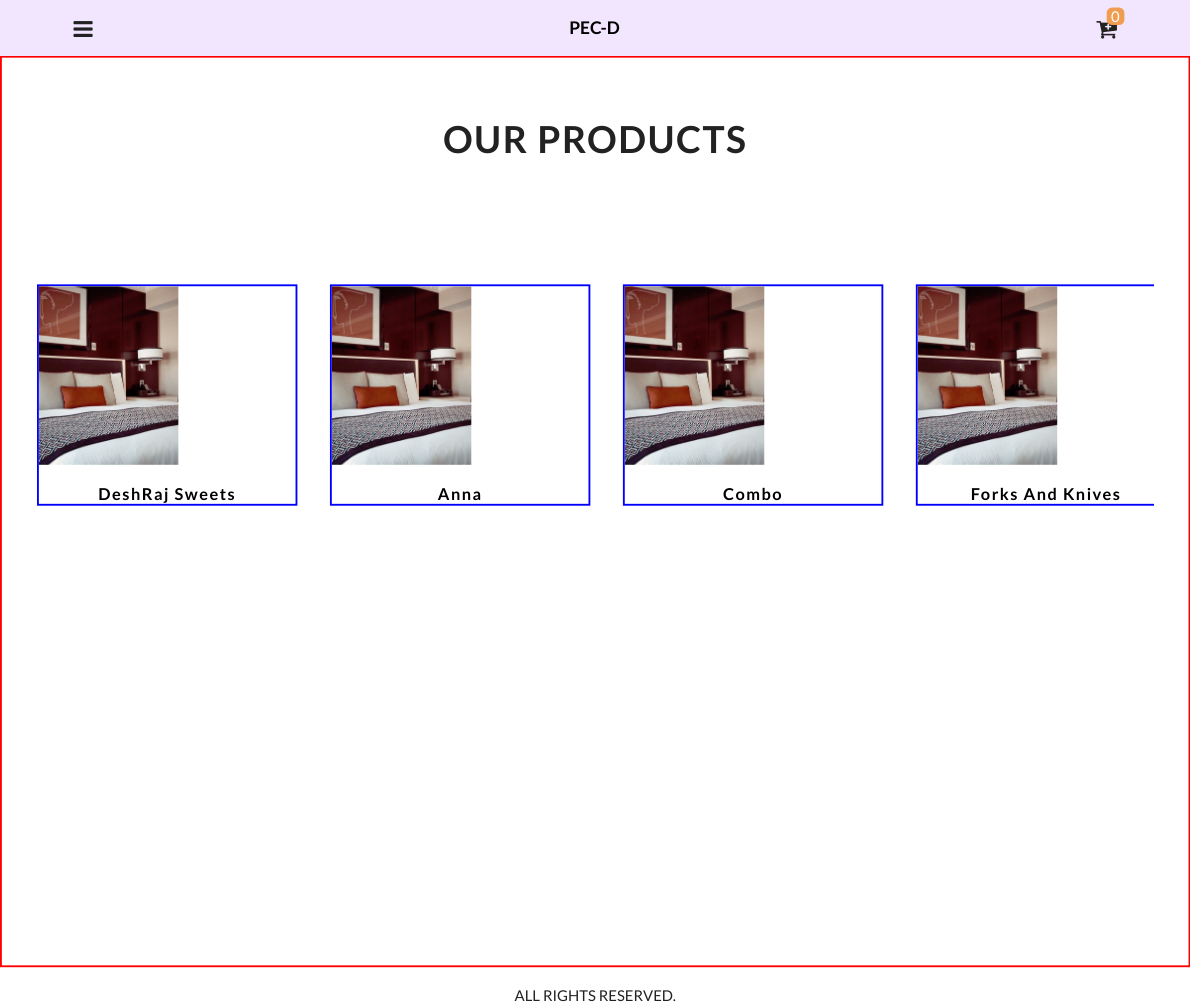
Repository: CHIR4G7/PEC-D
Page: public/index.html
These files come from the project's save history. The page is drawn as it stood at one moment and after the next save; the edit follows.
The browser window is 1280 px wide. The pictures show the whole page, at 93% of full size.

Above is the page before, as saved 2023-07-08 01:44:16.

### public/index.html
<!DOCTYPE html>
<html lang="en">

<head>
    <meta charset="UTF-8">
    <meta http-equiv="X-UA-Compatible" content="IE=edge">
    <meta name="viewport" content="width=device-width, initial-scale=1.0">
    <title>PEC-D</title>
    <link rel="stylesheet" href="https://cdnjs.cloudflare.com/ajax/libs/font-awesome/4.7.0/css/font-awesome.min.css">
    <link rel="stylesheet" href="css/style.css">
</head>

<body>
    <!-- navabr -->
    <nav class="navbar">
        <div class="navbar-center">
            <span class="nav-icon">
                <i class="fa fa-bars"></i>
            </span>
            <!-- <img src="/images/logo.svg" alt="logo" class="sr"> -->
            <h3 class="logo-name">PEC-D</h3>
            <div class="cart-btn">
                <span class="nav-icon">
                    <i class="fa fa-cart-plus"></i>
                </span>
                <div class="cart-items">0</div>
            </div>
        </div>
    </nav>
    <!-- end of navbar -->

    <!-- hero -->
    <!-- <header class="hero">
        <div class="banner">
            <h1 class="banner-title">FURNITURE COLLECTION</h1>
            <button class="banner-btn">SHOW NOW</button>
        </div>
    </header> -->
    <!-- end of hero -->

    <!-- products -->
    <div class="products">
         <div class="section-title">
            <h2>OUR PRODUCTS</h2>
        </div>
        <div class="body1">
            <div class="content">
                <ul class="content-inner">
                    <!-- <li class="card">
                        <article class="product">
                            <div class="img-container">
                                <img src="/images/product-1.jpeg" alt="product" class="product-img">
                                <button class="bag-btn" data-id="1">
                                    <i class="fa fa-shopping-cart"></i>
                                    add to bag.
                                </button>
                            </div>
                            <h3>add name</h3>

                        </article>
                    </li>
                    <li class="card">
                        <article class="product">
                            <div class="img-container">
                                <img src="/images/product-1.jpeg" alt="product" class="product-img">
                                <button class="bag-btn" data-id="1">
                                    <i class="fa fa-shopping-cart"></i>
                                    add to bag.
                                </button>
                            </div>
                            <h3>add name</h3>

                        </article>
                    </li>
                    <li class="card">
                        <article class="product">
                            <div class="img-container">
                                <img src="/images/product-1.jpeg" alt="product" class="product-img">
                                <button class="bag-btn" data-id="1">
                                    <i class="fa fa-shopping-cart"></i>
                                    add to bag.
                                </button>
                            </div>
                            <h3>add name</h3>

                        </article>
                    </li> -->

                </ul>
            </div>
        </div>
        <div class="products-center">
            <!-- single product -->

            <!-- PRODCUT DETIALS -->
            <!-- <article class="product">
                <div class="img-container">
                    <img src="/images/product-1.jpeg" alt="product" class="product-img">
                    <button class="bag-btn" data-id="1">
                        <i class="fa fa-shopping-cart"></i>
                        add to bag.
                    </button>
                </div>
                <h3>add name</h3>

            </article> -->
            <!-- THIS IS END OF PRODUCT DETIALS -->

            <!-- PRODCUT DETIALS -->
            <!-- <article class="product">
                <div class="img-container">
                    <img src="/images/product-8.jpeg" alt="product" class="product-img">
                    <button class="bag-btn" data-id="1">
                        <i class="fa fa-shopping-cart"></i>
                        add to bag.
                    </button>
                </div>
                <h3>TABLE</h3>
                <h4>$11.99</h4>
            </article> -->
            <!-- THIS IS END OF PRODUCT DETIALS -->

            <!-- PRODCUT DETIALS -->
            <!-- <article class="product">
                <div class="img-container">
                    <img src="/images/product-7.jpeg" alt="product" class="product-img">
                    <button class="bag-btn" data-id="1">
                        <i class="fa fa-shopping-cart"></i>
                        add to bag.
                    </button>
                </div>
                <h3>COUCH</h3>
                <h4>$42.99</h4>
            </article> -->
            <!-- THIS IS END OF PRODUCT DETIAL -->

            <!-- PRODCUT DETIALS -->
            <!-- <article class="product">
                <div class="img-container">
                    <img src="/images/product-2.jpeg" alt="product" class="product-img">
                    <button class="bag-btn" data-id="1">
                        <i class="fa fa-shopping-cart"></i>
                        add to bag.
                    </button>
                </div>
                <h3>KING PANEL BED</h3>
                <h4>$12.99</h4>
            </article> -->
            <!-- THIS IS END OF PRODUCT DETIALS -->

            <!-- PRODCUT DETIALS -->
            <!-- <article class="product">
                <div class="img-container">
                    <img src="/images/product-5.jpeg" alt="product" class="product-img">
                    <button class="bag-btn" data-id="1">
                        <i class="fa fa-shopping-cart"></i>
                        add to bag.
                    </button>
                </div>
                <h3>FRIDGE</h3>
                <h4>$34.99</h4>
            </article> -->
            <!-- THIS IS END OF PRODUCT DETIALS -->

            <!-- PRODCUT DETIALS -->
            <!-- <article class="product">
                <div class="img-container">
                    <img src="/images/product-6.jpeg" alt="product" class="product-img">
                    <button class="bag-btn" data-id="1">
                        <i class="fa fa-shopping-cart"></i>
                        add to bag.
                    </button>
                </div>
                <h3>DRESSER</h3>
                <h4>$22.99</h4>
            </article> -->
            <!-- THIS IS END OF PRODUCT DETIALS -->

            <!-- PRODCUT DETIALS -->
            <!-- <article class="product">
                <div class="img-container">
                    <img src="/images/product-3.jpeg" alt="product" class="product-img">
                    <button class="bag-btn" data-id="1">
                        <i class="fa fa-shopping-cart"></i>
                        add to bag.
                    </button>
                </div>
                <h3>TWIN PANEL BED</h3>
                <h4>$17.99</h4>
            </article> -->
            <!-- THIS IS END OF PRODUCT DETIALS -->

            <!-- PRODCUT DETIALS -->
            <!-- <article class="product">
                <div class="img-container">
                    <img src="/images/product-4.jpeg" alt="product" class="product-img">
                    <button class="bag-btn" data-id="1">
                        <i class="fa fa-shopping-cart"></i>
                        add to bag.
                    </button>
                </div>
                <h3>SINGLE PANEL BED</h3>
                <h4>$23.99</h4>
            </article> -->
            <!-- THIS IS END OF PRODUCT DETIALS -->
        </div>
    </div>
    <!-- end of products -->




    <!-- CART BEGINS -->
    <div class="cart-overlay">
        <div class="cart">
            <span class="close-cart">
                <i class="fa fa-window-close"></i>
            </span>
            <h2>YOUR CART</h2>
            <div class="cart-content">
                <!-- cart item -->
                <div class="cart-item">
                    <!-- <img src="/images/product-1.jpeg" alt="product">
                    <div>
                        <h4>QUEEN BED</h4>
                        <h5>$9.00</h5>
                        <span class="remove-item">Remove</span>
                    </div>
                    <div>
                        <i class="fa fa-chevron-up"></i>
                        <p class="item-amount">0</p>
                        <i class="fa fa-chevron-down"></i>
                    </div> -->
                </div>
                <!-- end of cart item -->

            </div>

            <div class="cart-footer">
                <h3>YOUR TOTAL : $ <span class="cart-total"></span></h3>
                <button class="clear-cart banner-btn">CLEAR CART</button>
            </div>

        </div>
    </div>
    <!-- CART ENDS -->
    <!-- FOOOTER -->
    <div class="footer">
        ALL RIGHTS RESERVED.
    </div>
    <!-- END OF THE FOOTER -->

    <script src="src/script.js"></script>
</body>

</html>

### public/css/style.css
@import url("https://fonts.googleapis.com/css?family=Lato:400,700");


/* creating variables */
:root {
    --primaryColor: #f09d51;
    --mainWhite: #fff;
    --mainBlack: #222;
    --mainGrey: #ececec;
    --mainSpacing: 0.1rem;
    --mainTransition: all 0.3s linear;
}

/* resetting elements */
* {
    margin: 0;
    padding: 0;
    box-sizing: border-box;
}


body {
    color: var(--mainBlack);
    background: var(--mainWhite);
    font-family: "Lato", sans-serif;
}


/* navbar */
.navbar {
    position: sticky;
    top: 0;
    height: 60px;
    width: 100%;
    display: flex;
    align-items: center;
    background: #f2e6ff;
    z-index: 1;
}

.logo-name
{
    color: black;
}

.navbar-center {
    width: 100%;
    max-width: 1170px;
    margin: 0 auto;
    display: flex;
    align-items: center;
    justify-content: space-between;
    padding: 0 1.5rem;
}

.nav-icon {
    font-size: 1.5rem;
}

.cart-btn {
    position: relative;
    cursor: pointer;
}

.cart-items {
    position: absolute;
    top: -8px;
    right: -8px;
    background: var(--primaryColor);
    padding: 0 5px;
    border-radius: 30%;
    color: var(--mainWhite);
}

/* hero */
.hero {
    min-height: calc(100vh - 60px);
    background: url("./images/bg-3.jpg") center/cover no-repeat;
    display: flex;
    align-items: center;
    justify-content: center;
  }
  .banner {
    text-align: center;
    background: #f2e6ff;
    display: inline-block;
    padding: 2rem;
  }
  .banner-title {
    font-size: 3.4rem;
    text-transform: uppercase;
    letter-spacing: var(--mainSpacing);
    margin-bottom: 3rem;
  }
  .banner-btn {
    padding: 1rem 3rem;
    text-transform: uppercase;
    letter-spacing: var(--mainSpacing);
    font-size: 1rem;
    background: #9999FF;
    color: var(--mainBlack);
    border: 1px solid var(--primaryColor);
    transition: var(--mainTransition);
    cursor: pointer;
  }
  .banner-btn:hover {
    background: transparent;
    color: var(--primaryColor);
  }


  /* products */
  .products {
    padding: 4rem 0;
    border: 2px solid red;
  }
  .section-title h2 {
    text-align: center;
    font-size: 2.5rem;
    margin-bottom: 5rem;
    text-transform: capitalize;
    letter-spacing: var(--mainSpacing);
  }
  .products-center {
    width: 90vw;
    margin: 0 auto;
    max-width: 1170px;
    display: grid;
    grid-template-columns: repeat(auto-fit, minmax(260px, 1fr));
    grid-column-gap: 1.5rem;
    grid-row-gap: 2rem;
  }
  .img-container {
    position: relative;
    overflow: hidden;
  }
  .bag-btn {
    position: absolute;
    top: 70%;
    right: 0;
    background: var(--primaryColor);
    border: none;
    text-transform: uppercase;
    padding: 0.5rem 0.75rem;
    letter-spacing: var(--mainSpacing);
    font-weight: bold;
    transition: var(--mainTransition);
    transform: translateX(101%);
    cursor: pointer;
  }
  .bag-btn:hover {
    color: var(--mainWhite);
  }
  .fa-shopping-cart {
    margin-right: 0.5rem;
  }
  .img-container:hover .bag-btn {
    transform: translateX(0);
  }
  .product-img {
    display: block;
    width: 100%;
    min-height: 12rem;
    transition: var(--mainTransition);
  }
  .img-container:hover .product-img {
    opacity: 0.5;
  }

  .product
  {
    border: 2px solid blue;
  }

  .product h3 {
    text-transform: capitalize;
    font-size: 1.1rem;
    margin-top: 1rem;
    letter-spacing: var(--mainSpacing);
    text-align: center;
  }

  .product h4 {
    margin-top: 0.7rem;
    letter-spacing: var(--mainSpacing);
    color: var(--primaryColor);
    text-align: center;
  }


   /* slider*/

   .body1
{
    display: flex;

    justify-content: center;
    min-height: 100vh;
    /* background-color: lawngreen; */
    /* border: 2px solid yellow; */
    padding: 0 35px;
}
.card img
{
    height: 150px;
    width: 150px;
    margin-bottom: 5px;
    object-fit: cover;
}
.content
{
    max-width: 1200px;
    width: 100%;
    /* position: relative; */
    /* border: 2px solid red; */
}
.content .content-inner
{
    display: grid;
    grid-auto-flow: column;
    grid-auto-columns: 25%;
    gap: 15px;
    /* overflow: hidden; */
    overflow-x: auto;
    scroll-snap-type: x mandatory;
    scroll-behavior: smooth;
    scrollbar-width: 0;

}
.content .card
{
    list-style: none;
    /* background-color: lightblue; */
    color: black;
    border-radius: 10px;
    height: 342px;
     display: flex;
    flex-direction: column;
    /*align-items: center;*/
    justify-content: center;
    cursor: pointer;
    width: 280px;

}
.content i
{
    height: 30px;
    width: 50px;
    margin: 10px;
    background-color: wheat;
    color: black;
    text-align: center;
    line-height: 25px;
    border-radius: 50%;
    cursor: pointer;
}
.card-item
{
    display: flex;
    flex-direction: column;
    justify-content: center;
    align-items: center;
    margin: 15px;
    padding-top: 5px;
}
.card-item h4
{
    margin-bottom: 4px;
}

@media screen and (max-width : 600px) {
  .content .content-inner{
      grid-auto-columns: 100%;
      min-width: 300px;
  }
}

/* ENDING SLIDER WINDOW HERE */

  /* cart */
  .cart-overlay {
    position: fixed;
    top: 0;
    right: 0;
    width: 100%;
    height: 100%;
    transition: var(--mainTransition);
    background: rgb(240, 157, 81, 0.5);
    z-index: 2;
    visibility: hidden;
  }
  .cart {
    position: fixed;
    top: 0;
    right: 0;
    width: 100%;
    height: 100%;
    overflow: scroll;
    z-index: 3;
    background: rgb(231, 226, 221);
    padding: 1.5rem;
    transition: var(--mainTransition);
    transform: translateX(100%);
  }
  .showCart {
    transform: translateX(0);
  }
  .transparentBcg {
    visibility: visible;
  }
  @media screen and (min-width: 768px) {
    .cart {
      width: 30vw;
      min-width: 450px;
    }
  }

  .close-cart {
    font-size: 1.7rem;
    cursor: pointer;
  }
  .cart h2 {
    text-transform: capitalize;
    text-align: center;
    letter-spacing: var(--mainSpacing);
    margin-bottom: 2rem;
  }
  /*---------- Cart Item -------------------- */
  .cart-item {
    display: grid;
    align-items: center;
    grid-template-columns: auto 1fr auto;
    grid-column-gap: 1.5rem;
    margin: 1.5rem 0;
  }
  .cart-item img {
    width: 75px;
    height: 75px;
  }
  .cart-item h4 {
    font-size: 0.85rem;
    text-transform: capitalize;
    letter-spacing: var(--mainSpacing);
  }
  .cart-item h5 {
    margin: 0.5rem 0;
    letter-spacing: var(--mainSpacing);
  }
  .item-amount {
    text-align: center;
  }
  .remove-item {
    color: black;
    cursor: pointer;
  }
  .fa-chevron-up,
  .fa-chevron-down {
    color: var(--primaryColor);
    cursor: pointer;
  }
  /*---------- End of Cart Item -------------------- */

  .cart-footer {
    margin-top: 2rem;
    letter-spacing: var(--mainSpacing);
    text-align: center;
  }
  .cart-footer h3 {
    text-transform: capitalize;
    margin-bottom: 1rem;
  }


  /* FOOTER */
  .footer
  {
    position: relative;
    text-align: center;
    top: 20px;
  }

### public/src/script.js


const productsDOM = document.querySelector('.content-inner');

let shoparray = [];//ISME SAAARI KI SAARI DETAILS PADI HAIN PRODUCT K

class Shops{

    async getProducts() {
        try {
            let result = await fetch('./shops.json');
            let data = await result.json();

            //destructuring
            const shopsArray = data.shops.map(shop => ({ id: shop.id, name: shop.sname, image: shop.image}));

            return shopsArray;
        }
        catch (error) {
            console.log("r");
        }
    }

};

class display
{
    displayShops(shops)
    {
        let result = '';
       shops.forEach((shop)=>
       {
        console.log(shop.id);
        // result+=`${shop.id}`
        result+=` <li class="card">
        <article class="product">
            <div class="img-container">
                <img src="/images/product-1.jpeg" alt="product" class="product-img">
                <button class="bag-btn" data-id="1">

                    VISIT
                </button>
            </div>
            <h3>${shop.name}</h3>

        </article>
    </li>`;

       })
    //    console.log("c");
    productsDOM.innerHTML = result;
    }
};





//displaying the products

function displayProducts(shoparray)
{
    let result = '';
    shoparray.forEach(product => {
        result += `      <article class="product">
        <div class="img-container">
            <img src="/images/product-1.jpeg" alt="product" class="product-img">
            <button class="bag-btn" data-id=${product.id}>
                <i class="fa fa-shopping-cart"></i>
                add to bag.
            </button>
        </div>
        <h3>${product.name}</h3>`;
        console.log(product);
    })
    productsDOM.innerHTML = result;
}


    // console.log(shoparray);

    // till here
    document.addEventListener("DOMContentLoaded", () => {
        //when dom loads get the product info stored in an array SHOPSARRAY
        // (async function () {
        //     try {
        //         const shopsarray = await getProducts();
        //         shopsarray.forEach((e) => {
        //             shoparray.push(e);
        //         })
        //     }
        //     catch (error) {
        //         console.log(error);
        //     }
        // })();
        // console.log(shoparray);
        // displayProducts(shoparray);
        const shops = new Shops();
        const displaying = new display();

        shops.getProducts().then(products=>
            {
                displaying.displayShops(products);
                // console.log(products);
            })

    })

### public/shops.json
{
    "shops" :
    [
        {
            "id" : 1,
            "sname" : "DeshRaj Sweets",
            "image" : "public/images/product-1.jpeg"
        },
        {
            "id" : 2,
            "sname" : "Anna",
            "image" : "public/images/product-1.jpeg"
        },
        {
            "id" : 3,
            "sname" : "Combo",
            "image" : "public/images/product-1.jpeg"
        },
        {
            "id" : 4,
            "sname" : "Forks and Knives",
            "image" : "public/images/product-1.jpeg"
        },
        {
            "id" : 5,
            "sname" : "Pandit",
            "image" : "public/images/product-1.jpeg"
        },
        {
            "id" : 6,
            "sname" : "Yankess",
            "image" : "public/images/product-1.jpeg"
        }
    ]
}

After the next save:
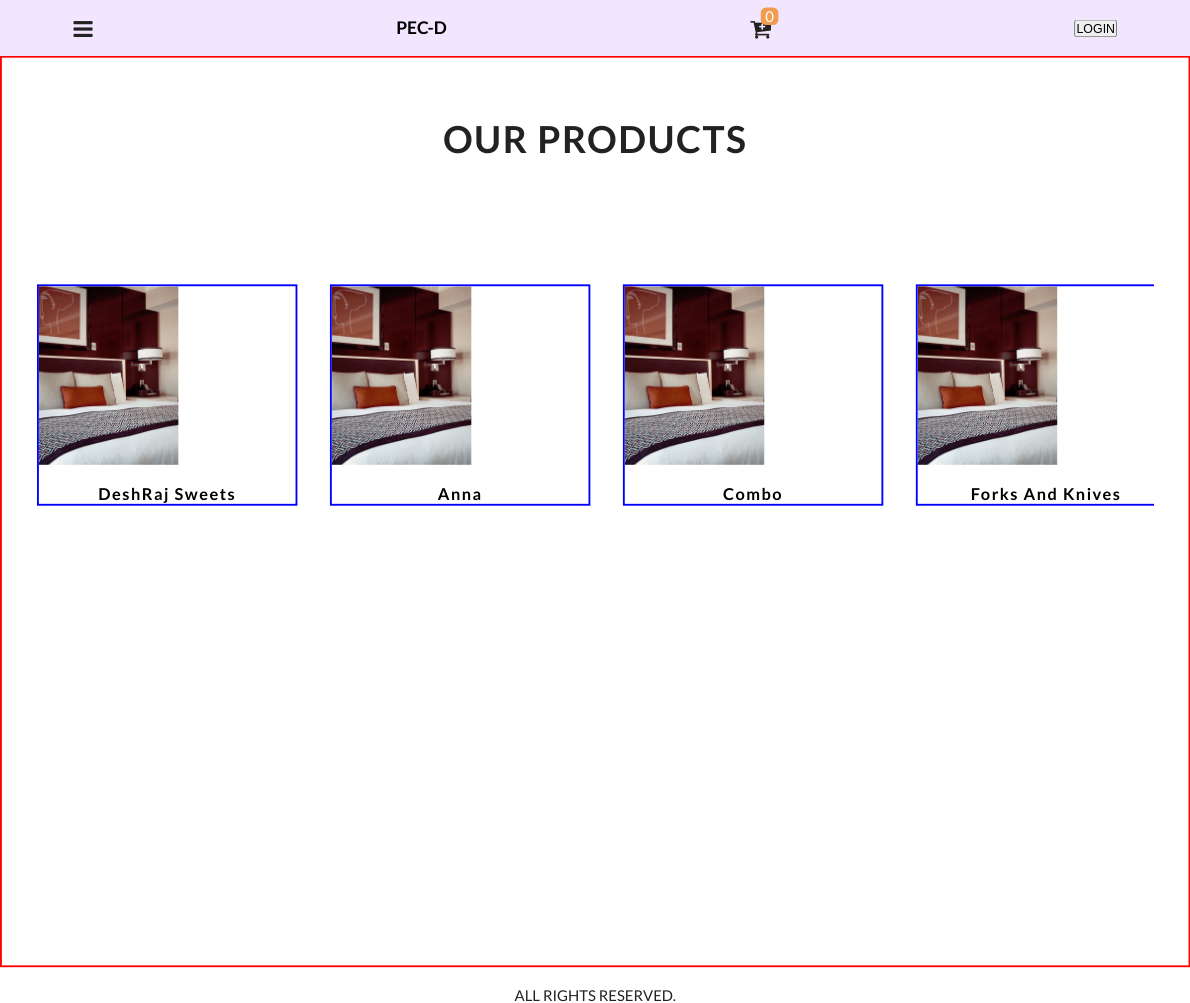
Saved 3 min 5 s later.
--- a/public/index.html
+++ b/public/index.html
@@ -25,6 +25,7 @@
                 </span>
                 <div class="cart-items">0</div>
             </div>
+            <button>LOGIN</button>
         </div>
     </nav>
     <!-- end of navbar -->
